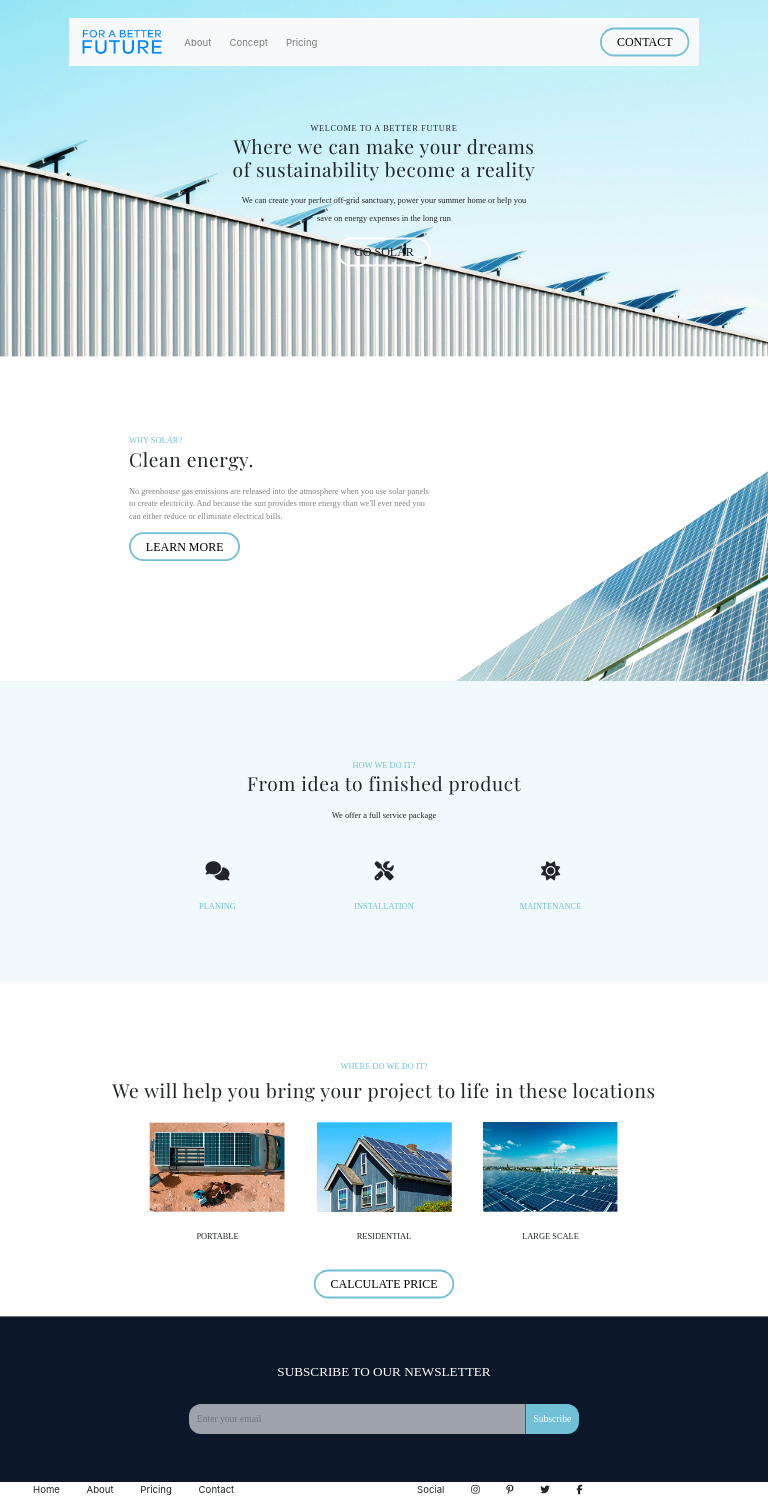
Repository: sabinemm/fabf
Page: index.html
The author's editor kept a record of every edit. The page is drawn from the files as they stood at one moment, then again after the next edit.
The browser window is 1280 px wide. The pictures show the whole page, at 60% of full size.
Backgrounds fixed to the window are drawn as part of the page. Some web fonts or font styles are not loaded; a fallback is used. Some web libraries are served in a nearby version.

Above is the page before.
Console error (its wording comes from the project's code and is left out).

After the next edit:
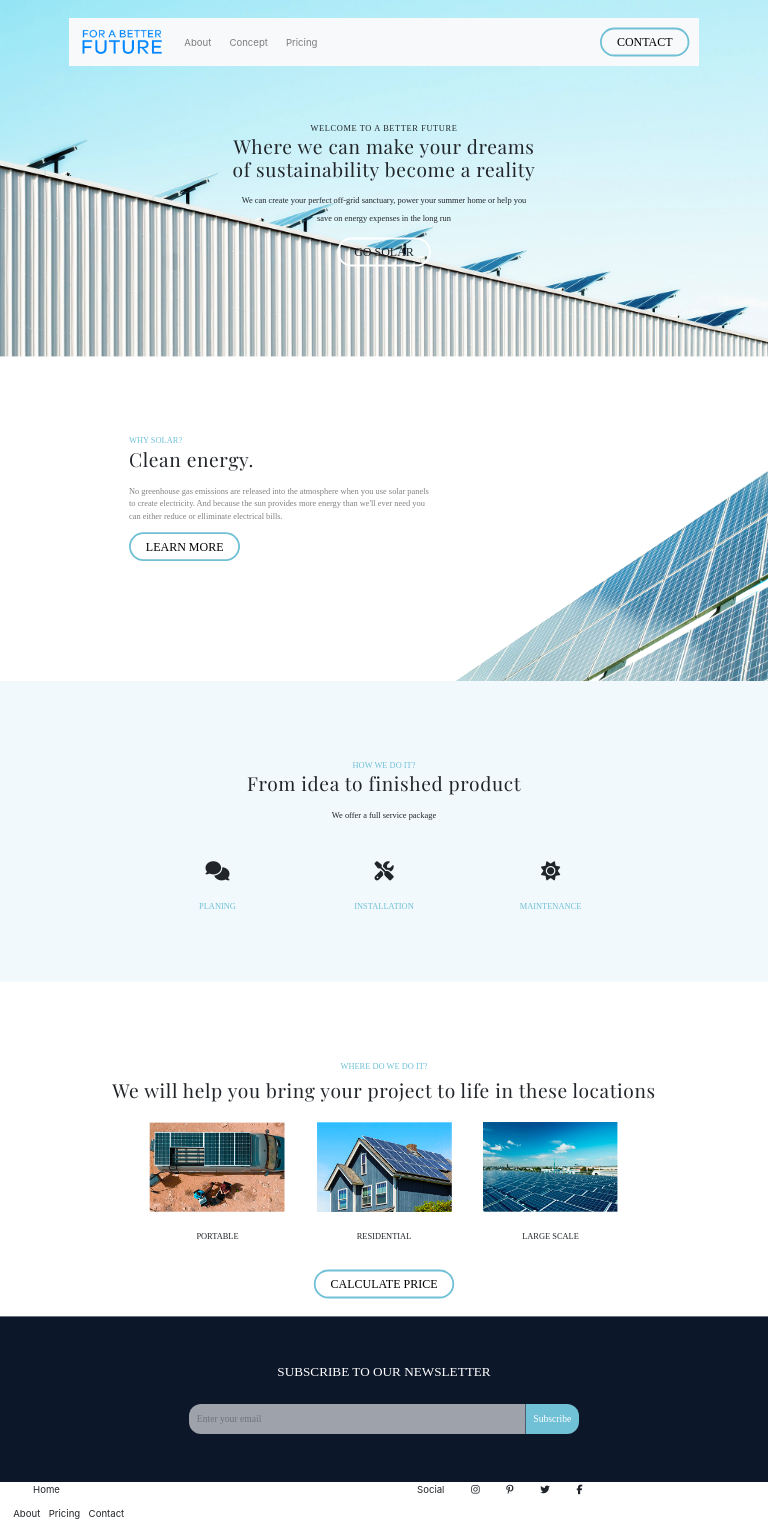
The edit:
--- a/index.html
+++ b/index.html
@@ -176,10 +176,10 @@
             <div class="row">
                 <div class="col-sm-6">
                     <ul>
-                        <ul class="footer-item list-unstyled">Home</ul>
-                        <ul class="footer-item">About</ul>
-                        <ul class="footer-item">Pricing</ul>
-                        <ul class="footer-item">Contact</ul>
+                        <li class="footer-item list-unstyled">Home</ul>
+                        <li class="footer-item">About</ul>
+                        <li class="footer-item">Pricing</ul>
+                        <li class="footer-item">Contact</ul>
 
                     </ul>
                 </div>
